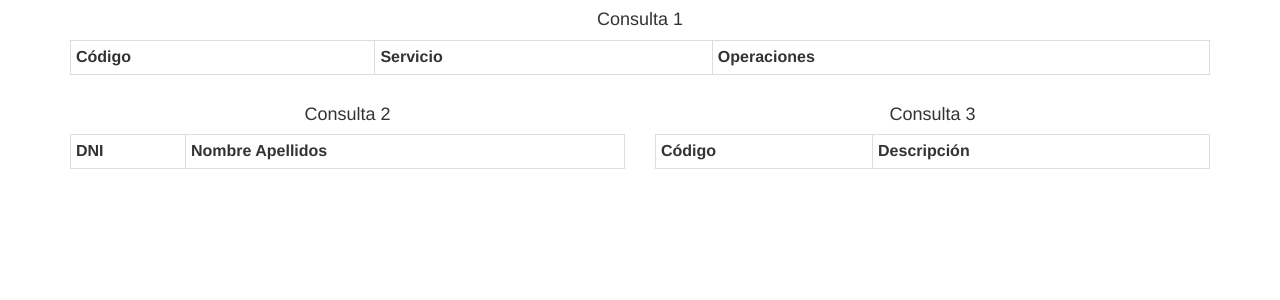
Repository: Myugen/EjercicioPHP
Page: http://localhost/
An editor plug-in stored every save of this project. The page is shown before and after the next save, followed by the edit.
The browser window is 1280 px wide. The pictures show the whole page.
Some web libraries are served in a nearby version. The page is run by PHP 8.4 with error messages shown; the project is at /var/www/html/. Queries for data that is not in the repository find no rows.

Above is the page before, as saved 2015-11-20 08:45:39.

### Examen2PHP/index.php
<!DOCTYPE HTML PUBLIC "-//W3C//DTD HTML 4.01 Frameset//EN">
<html>
<head>
<meta name="viewport" content="width=device-width, initial-scale=1">
<link rel="stylesheet" href="http://maxcdn.bootstrapcdn.com/bootstrap/3.3.5/css/bootstrap.min.css">
<script src="https://ajax.googleapis.com/ajax/libs/jquery/1.11.3/jquery.min.js"></script>
<script src="http://maxcdn.bootstrapcdn.com/bootstrap/3.3.5/js/bootstrap.min.js"></script>
<meta http-equiv="Content-Type" content="text/html; charset=UTF-8">
<title>Consultas Base de Datos Vivero de empresas</title>
</head>
<body>
<?php
	$conexion = new mysqli("localhost", "root", "admin", "bankia") or
	die("<div class='alert aler-danger text-center'><p>No es posible conectarse a la
	base de datos. Compruebe que los datos de conexión, usuario y/o contraseña son correctos.</p></div>");
?>
	<div class="container text-center">
	<div class="row">
		<div class="col-md-12">
			<h4>Consulta 1</h4>
			<?php
			$consulta1 = "SELECT s.codigo, s.tipo, COUNT(o.serv_cod) as numop
						  FROM servicios as s
						  LEFT JOIN operaciones as o
						  ON s.codigo = o.serv_cod
						  GROUP BY s.codigo
						  ORDER BY numop DESC";
			if($resultado = $conexion->query($consulta1)) {
				echo "<table class='table table-condensed table-bordered'>";
				echo "<tr><th>Código</th><th>Servicio</th><th>Operaciones</th></tr>";
				while($row = $resultado->fetch_row()){
					echo "<tr><td>" . utf8_encode($row[0]) . "</td><td>" . utf8_encode($row[1]) . "</td>
						  <td>" . utf8_encode($row[2]) . "</td></tr>";
				}
				echo "</table>";
			}
			else {
				echo "<p class='text-danger'>Consulta no resuelta. Error $conexion->errno : $conexion->error </p><br>";
			}
			?>
		</div>
	</div>
	<div class="row">
		<div class="col-md-6">
			<h4>Consulta 2</h4>
			<?php
			$consulta2 = "SELECT p.dni, p.nombre_y_apellidos
						  FROM profesionales as p
						  WHERE p.dni IN (SELECT t.dni
					                        FROM tiempo_uso as t
					                        WHERE p.dni = t.dni)
					      ORDER BY(p.nombre_y_apellidos)";
			if($resultado = $conexion->query($consulta2)) {
				echo "<table class='table table-condensed table-bordered'>";
				echo "<tr><th>DNI</th><th>Nombre Apellidos</th></tr>";
				while($row = $resultado->fetch_row()){
					echo "<tr><td>" . utf8_encode($row[0]) . "</td><td>" . utf8_encode($row[1]) . "</td></tr>";
				}
				echo "</table>";
			}
			else {
				echo "<p class='text-danger'>Consulta no resuelta. Error $conexion->errno : $conexion->error </p><br>";
			}
			?>
		</div>
		<div class="col-md-6">
			<h4>Consulta 3</h4>
			<?php
			$consulta3 = "SELECT codigo, descripcion
		                  FROM empresas
		                  WHERE Codigo IN (SELECT empresa
		                                   FROM profesionales p
		                                   LEFT JOIN tiempo_uso t ON p.DNI = t.DNI
		                                   GROUP BY empresa
		                                   HAVING COUNT(t.DNI)>=4)";
			if($resultado = $conexion->query($consulta3)) {
				echo "<table class='table table-condensed table-bordered'>";
				echo "<tr><th>Código</th><th>Descripción</th></tr>";
				while($row = $resultado->fetch_row()){
					echo "<tr><td>" . utf8_encode($row[0]) . "</td><td>" . utf8_encode($row[1]) . "</td></tr>";
				}
				echo "</table>";
			}
			else {
				echo "<p class='text-danger'>Consulta no resuelta. Error $conexion->errno : $conexion->error </p><br>";
			}
			?>
		</div>
	</div>
	</div>
</body>
</html>

After the next save:
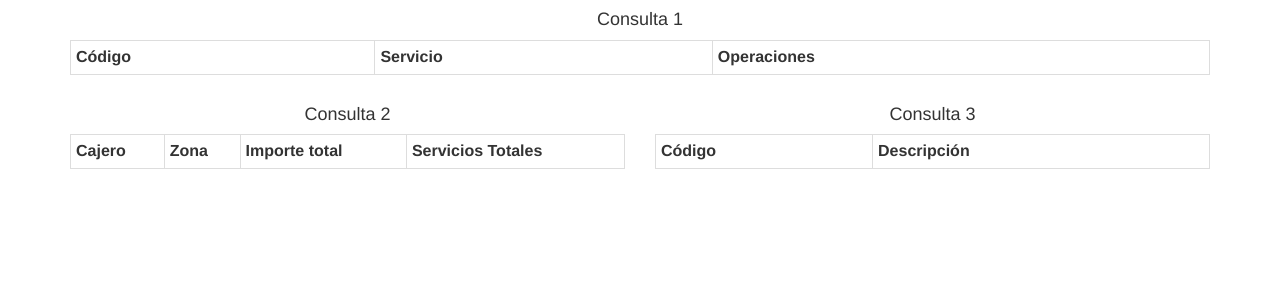
Saved 2 min 29 s later.
--- a/Examen2PHP/index.php
+++ b/Examen2PHP/index.php
@@ -52,7 +52,7 @@
 					      ORDER BY(p.nombre_y_apellidos)";
 			if($resultado = $conexion->query($consulta2)) {
 				echo "<table class='table table-condensed table-bordered'>";
-				echo "<tr><th>DNI</th><th>Nombre Apellidos</th></tr>";
+				echo "<tr><th>Cajero</th><th>Zona</th><th>Importe total</th><th>Servicios Totales</th></tr>";
 				while($row = $resultado->fetch_row()){
 					echo "<tr><td>" . utf8_encode($row[0]) . "</td><td>" . utf8_encode($row[1]) . "</td></tr>";
 				}
